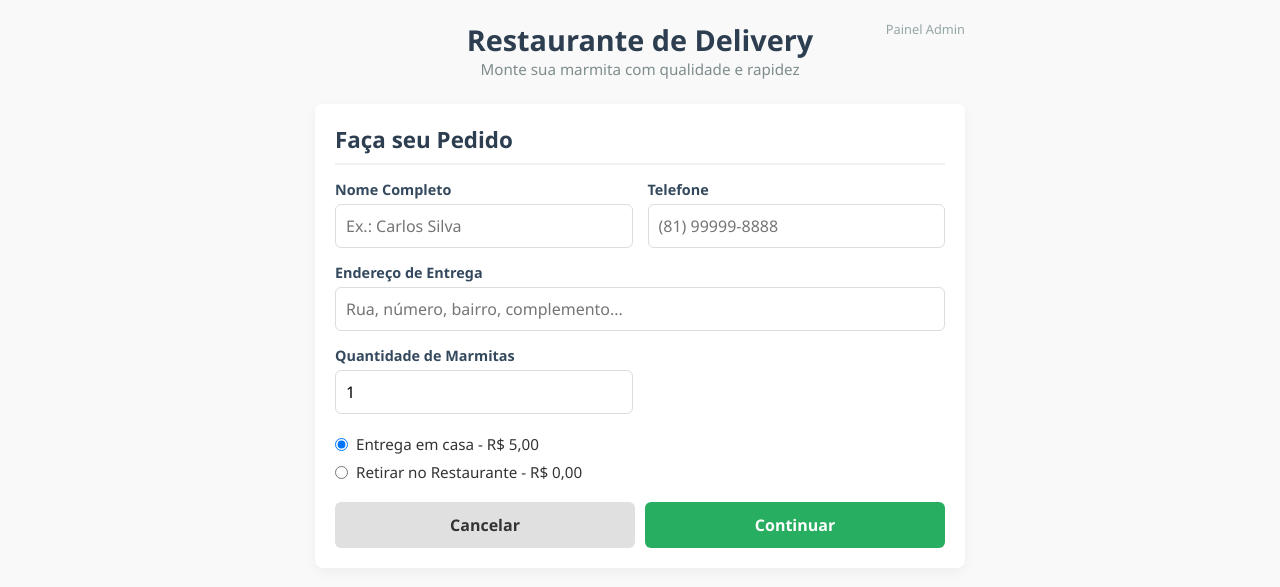
Repository: JeffRodFer/sd-copy-01-frontend
Page: public/index.html
These files come from the project's save history. The page is drawn as it stood at one moment and after a run of saves; the edit follows.
The browser window is 1280 px wide. The pictures show the whole page.
The page's requests for data from a server got no answer.

Above is the page before, as saved 2026-10-30 00:49:55.

### public/index.html
<!DOCTYPE html>
<html lang="pt-BR">
<head>
  <meta charset="UTF-8">
  <meta name="viewport" content="width=device-width, initial-scale=1.0">
  <title>Sistema de Delivery</title>
  <link rel="stylesheet" href="style.css">
</head>
<body>

  <div class="container">
    <header>
      <h1>Restaurante de Delivery</h1>
      <p>Monte sua marmita com qualidade e rapidez</p>
      <button class="btn-admin-link" onclick="abrirPainelAdmin()">Painel Admin</button>
    </header>

    <!-- PASSO 1: DADOS INICIAIS -->
    <div id="orderStep1" class="step active">
      <div class="card">
        <h2>Faça seu Pedido</h2>

        <div id="orderError1" class="error-msg" style="display: none;"></div>

        <div class="form-grid">
          <div class="field">
            <label>Nome Completo</label>
            <input id="customerName" autocomplete="name" placeholder="Ex.: Carlos Silva">
          </div>

          <div class="field">
            <label>Telefone</label>
            <input id="customerPhone" inputmode="tel" autocomplete="tel" maxlength="15" placeholder="(81) 99999-8888">
          </div>

          <div class="field full">
            <label>Endereço de Entrega</label>
            <input id="customerAddress" autocomplete="street-address" placeholder="Rua, número, bairro, complemento...">
          </div>

          <div class="field">
            <label>Quantidade de Marmitas</label>
            <input id="mealCount" type="number" min="1" max="20" value="1">
          </div>
        </div>

        <div class="delivery">
          <label>
            <input type="radio" name="delivery" value="true" checked> Entrega em casa - R$ 5,00
          </label>
          <label>
            <input type="radio" name="delivery" value="false"> Retirar no Restaurante - R$ 0,00
          </label>
        </div>

        <div class="actions">
          <button class="btn gray" id="closeOrder1" onclick="location.reload()">Cancelar</button>
          <button class="btn green" id="toStep2" onclick="avancarParaPasso2()">Continuar</button>
        </div>
      </div>
    </div>

    <!-- PASSO 2: MONTAGEM DAS MARMITAS -->
    <div id="orderStep2" class="step">
      <div class="card">
        <h2>Monte suas Marmitas</h2>
        <div id="orderError2" class="error-msg" style="display: none;"></div>

        <div id="marmitasContainer"></div>

        <div class="actions">
          <button class="btn gray" onclick="setStep(1)">Voltar</button>
          <button class="btn green" onclick="goToStep3()">Avançar para Resumo</button>
        </div>
      </div>
    </div>

    <!-- PASSO 3: RESUMO E ENVIO -->
    <div id="orderStep3" class="step">
      <div class="card">
        <h2>Resumo do Pedido</h2>
        <div class="summary-box">
          <pre id="orderSummaryText" style="white-space: pre-wrap; font-family: inherit;"></pre>
        </div>
        <h3 id="finalTotalText" style="margin: 15px 0; color: var(--primary);"></h3>

        <div class="actions">
          <button class="btn gray" onclick="setStep(2)">Voltar</button>
          <button class="btn green" onclick="sendToWhatsApp()">Enviar para o WhatsApp</button>
        </div>
      </div>
    </div>

    <!-- PAINEL ADMINISTRATIVO -->
    <div id="step-admin" class="step">
      <div class="card">
        <h2>Painel Administrativo</h2>
        <div id="adminMsg" class="success-msg" style="display: none; color: green; margin-bottom: 10px;"></div>

        <div style="overflow-x: auto;">
          <table class="admin-table">
            <thead>
              <tr>
                <th>ID</th>
                <th>Nome</th>
                <th>Categoria</th>
                <th>Preço (R$)</th>
                <th>Estoque</th>
                <th>Disponível</th>
              </tr>
            </thead>
            <tbody id="adminTableBody"></tbody>
          </table>
        </div>

        <div class="actions" style="margin-top: 20px;">
          <button class="btn gray" onclick="setStep(1)">Sair do Admin</button>
          <button class="btn green" onclick="salvarAlteracoesAdmin()">Salvar Alterações</button>
          <button class="btn" style="background: #d9534f; color: white;" onclick="fazerEstornoAdmin()">Estornar / Devolver Estoque</button>
        </div>
      </div>
    </div>

  </div>

  <script src="script.js"></script>
</body>
</html>

### public/style.css
:root {
  --primary: #27ae60;
  --primary-dark: #219653;
  --gray-bg: #f9f9f9;
  --border-color: #ddd;
  --text-color: #333;
}

* {
  box-sizing: border-box;
  margin: 0;
  padding: 0;
  font-family: 'Segoe UI', Tahoma, Geneva, Verdana, sans-serif;
}

body {
  background-color: var(--gray-bg);
  color: var(--text-color);
  padding: 20px;
  display: flex;
  justify-content: center;
}

.container {
  width: 100%;
  max-width: 650px;
}

header {
  text-align: center;
  margin-bottom: 25px;
  position: relative;
}

header h1 {
  font-size: 1.8rem;
  color: #2c3e50;
}

header p {
  color: #7f8c8d;
  font-size: 0.95rem;
}

.btn-admin-link {
  position: absolute;
  top: 0;
  right: 0;
  background: none;
  border: none;
  color: #95a5a6;
  font-size: 0.8rem;
  cursor: pointer;
}

.btn-admin-link:hover {
  color: var(--primary);
}

.step {
  display: none;
}

.step.active {
  display: block;
}

.card {
  background: #ffffff;
  border-radius: 8px;
  padding: 20px;
  box-shadow: 0 4px 12px rgba(0,0,0,0.05);
  margin-bottom: 20px;
}

.card h2 {
  font-size: 1.4rem;
  margin-bottom: 15px;
  color: #2c3e50;
  border-bottom: 2px solid #f1f1f1;
  padding-bottom: 8px;
}

.form-grid {
  display: grid;
  grid-template-columns: 1fr 1fr;
  gap: 15px;
}

.field {
  display: flex;
  flex-direction: column;
}

.field.full {
  grid-column: 1 / -1;
}

.field label {
  font-size: 0.9rem;
  font-weight: 600;
  margin-bottom: 5px;
  color: #34495e;
}

.field input, .field textarea, .field select {
  padding: 10px;
  border: 1px solid var(--border-color);
  border-radius: 6px;
  font-size: 1rem;
  outline: none;
  transition: border-color 0.2s;
}

.field input:focus, .field textarea:focus {
  border-color: var(--primary);
}

.delivery {
  margin: 20px 0;
  display: flex;
  flex-direction: column;
  gap: 8px;
}

.delivery label {
  font-size: 0.95rem;
  cursor: pointer;
  display: flex;
  align-items: center;
  gap: 8px;
}

.actions {
  display: flex;
  gap: 10px;
  margin-top: 20px;
}

.btn {
  flex: 1;
  padding: 12px;
  border: none;
  border-radius: 6px;
  font-size: 1rem;
  font-weight: bold;
  cursor: pointer;
  text-align: center;
  transition: background 0.2s;
}

.btn.green {
  background: var(--primary);
  color: white;
}

.btn.green:hover {
  background: var(--primary-dark);
}

.btn.gray {
  background: #e0e0e0;
  color: #333;
}

.btn.gray:hover {
  background: #d0d0d0;
}

.error-msg {
  background: #fde8e8;
  color: #c0392b;
  padding: 10px;
  border-radius: 6px;
  font-size: 0.9rem;
  margin-bottom: 15px;
}

.items-grid {
  display: grid;
  grid-template-columns: repeat(auto-fill, minmax(140px, 1fr));
  gap: 10px;
  margin-top: 8px;
}

.item-box {
  border: 1px solid var(--border-color);
  border-radius: 6px;
  padding: 10px;
  display: flex;
  justify-content: space-between;
  align-items: center;
  cursor: pointer;
  font-size: 0.9rem;
  background: #fafafa;
}

.item-box.esgotado {
  opacity: 0.5;
  background: #eee;
  cursor: not-allowed;
}

.summary-box {
  background: #fdfdfd;
  border: 1px solid #eee;
  border-radius: 6px;
  padding: 15px;
  font-size: 0.95rem;
}

.admin-table {
  width: 100%;
  border-collapse: collapse;
  font-size: 0.9rem;
}

.admin-table th, .admin-table td {
  border: 1px solid #ddd;
  padding: 8px;
  text-align: left;
}

.admin-table th {
  background-color: #f2f2f2;
}

.admin-table input[type="number"] {
  width: 70px;
  padding: 4px;
}

### public/script.js
let menuData = [];
let orderState = {
  nome: '',
  telefone: '',
  entrega: 'delivery',
  address: '',
  marmitas: []
};
let calculatedOrderResult = null;

// ⚠️ ALTERE AQUI para a URL do backend deste novo cliente na Vercel
const BACKEND_URL = 'https://sd-copy-01-backend.vercel.app';

async function loadMenu() {
  try {
    const response = await fetch(`${BACKEND_URL}/api/cardapio`);
    const data = await response.json();
    menuData = data;
    console.log("Cardápio carregado com sucesso:", menuData);
  } catch (err) {
    console.error("Erro ao carregar cardápio:", err);
    alert("Não foi possível carregar o cardápio do servidor.");
  }
}

loadMenu();

function setStep(step) {
  document.querySelectorAll('.step').forEach(el => el.classList.remove('active'));

  if (step === 'admin') {
    document.getElementById('step-admin').classList.add('active');
    renderAdminTable();
  } else {
    document.getElementById(`orderStep${step}`)?.classList.add('active') ||
    document.getElementById(`step${step}`)?.classList.add('active');
  }
  window.scrollTo(0, 0);
}

function avancarParaPasso2() {
  const nome = document.getElementById('customerName').value.trim();
  const telefone = document.getElementById('customerPhone').value.trim();
  const endereco = document.getElementById('customerAddress').value.trim();
  const qtdMarmitas = parseInt(document.getElementById('mealCount').value) || 1;

  const entregaRadio = document.querySelector('input[name="delivery"]:checked');
  const isDelivery = entregaRadio ? entregaRadio.value === 'true' : true;

  const errorDiv = document.getElementById('orderError1');

  if (!nome || !telefone || (isDelivery && !endereco)) {
    if (errorDiv) {
      errorDiv.textContent = 'Por favor, preencha todos os campos obrigatórios (Nome, Telefone e Endereço).';
      errorDiv.style.display = 'block';
    }
    return;
  }

  if (errorDiv) {
    errorDiv.style.display = 'none';
  }

  orderState.nome = nome;
  orderState.telefone = telefone;
  orderState.entrega = isDelivery ? 'delivery' : 'retirada';
  orderState.address = endereco;

  orderState.marmitas = Array.from({ length: qtdMarmitas }, () => ({
    guarnicoes: [],
    proteinas: [],
    observacao: ''
  }));

  renderMarmitas();
  setStep(2);
}

function available(categorias) {
  if (!menuData || !Array.isArray(menuData)) return [];
  return menuData.filter(i => categorias.includes(i.categoria));
}

function money(val) {
  return Number(val).toLocaleString('pt-BR', { style: 'currency', currency: 'BRL' });
}

function esc(str) {
  return String(str).replace(/</g, '&lt;').replace(/>/g, '&gt;');
}

function renderMarmitas() {
  const container = document.getElementById('marmitasContainer');
  if (!container) return;
  const basePrice = 20;

  container.innerHTML = orderState.marmitas.map((m, i) => `
    <div class="card" style="border: 1px dashed var(--primary); background: #fffdfa; margin-bottom: 20px; padding: 15px;">
      <h3>Marmita ${String(i + 1).padStart(2, '0')} — Base ${money(basePrice)}</h3>

      <div class="section-title" style="font-size: 1.1rem; margin-top: 15px;">Guarnições <span style="font-size:0.8rem; color:#666">(máx. 4)</span></div>
      <div class="items-grid">
        ${available(['Guarnições']).map(x => {
          const esgotado = !x.disponivel || x.estoque <= 0;
          return `
            <label class="item-box ${esgotado ? 'esgotado' : ''}">
              <span>${esc(x.nome)}</span>
              <input type="checkbox" data-kind="g" data-index="${i}" data-id="${x.id}" ${esgotado ? 'disabled' : ''} ${m.guarnicoes.includes(x.id) ? 'checked' : ''}>
            </label>
          `;
        }).join('')}
      </div>

      <div class="section-title" style="font-size: 1.1rem; margin-top: 15px;">Proteínas <span style="font-size:0.8rem; color:#666">(escolha 1 ou 2)</span></div>
      <div class="items-grid">
        ${available(['Proteínas']).map(x => {
          const esgotado = !x.disponivel || x.estoque <= 0;
          return `
            <label class="item-box protein ${esgotado ? 'esgotado' : ''}">
              <span>${esc(x.nome)}</span>
              <input type="checkbox" data-kind="p" data-index="${i}" data-id="${x.id}" ${esgotado ? 'disabled' : ''} ${m.proteinas.includes(x.id) ? 'checked' : ''}>
            </label>
          `;
        }).join('')}
      </div>

      <div class="field" style="margin-top: 15px;">
        <label>Observação <span style="font-size:0.8rem; color:#666">(máx. 90 caracteres)</span></label>
        <textarea maxlength="90" data-obs="${i}" placeholder="Ex.: Sem cebola." style="width:100%; padding:8px;">${m.observacao}</textarea>
      </div>
    </div>
  `).join('');
}

function syncFormToState() {
  orderState.marmitas.forEach(m => {
    m.guarnicoes = [];
    m.proteinas = [];
  });

  document.querySelectorAll('#marmitasContainer input[data-kind]:checked').forEach(el => {
    const i = Number(el.dataset.index);
    const key = el.dataset.kind === 'g' ? 'guarnicoes' : 'proteinas';
    orderState.marmitas[i][key].push(Number(el.dataset.id));
  });

  document.querySelectorAll('#marmitasContainer textarea[data-obs]').forEach(el => {
    const i = Number(el.dataset.obs);
    if (orderState.marmitas[i]) {
      orderState.marmitas[i].observacao = el.value;
    }
  });
}

async function goToStep3() {
  syncFormToState();
  const errEl = document.getElementById('orderError2');
  if (errEl) errEl.style.display = 'none';

  const invalid = orderState.marmitas.findIndex(m => m.proteinas.length < 1 || m.proteinas.length > 2 || m.guarnicoes.length > 4);
  if (invalid >= 0) {
    if (errEl) {
      errEl.textContent = `Marmita ${invalid + 1}: escolha 1 ou 2 proteínas e no máximo 4 guarnições.`;
      errEl.style.display = 'block';
    }
    return;
  }

  let itensCarrinhoMap = {};
  orderState.marmitas.forEach(m => {
    m.proteinas.forEach(id => { itensCarrinhoMap[id] = (itensCarrinhoMap[id] || 0) + 1; });
    m.guarnicoes.forEach(id => { itensCarrinhoMap[id] = (itensCarrinhoMap[id] || 0) + 1; });
  });

  const itensCarrinho = Object.entries(itensCarrinhoMap).map(([id, quantidade]) => ({
    id: Number(id),
    quantidade
  }));

  try {
    const responseVenda = await fetch(`${BACKEND_URL}/api/registrar-venda`, {
      method: 'POST',
      headers: { 'Content-Type': 'application/json' },
      body: JSON.stringify({ itensCarrinho })
    });

    const dataVenda = await responseVenda.json();
    if (!responseVenda.ok) {
      throw new Error(dataVenda.erro || 'Estoque insuficiente para concluir o pedido.');
    }

    let totalMarmitas = orderState.marmitas.length * 20;
    let taxaEntrega = orderState.entrega === 'delivery' ? 5 : 0;
    let totalGeral = totalMarmitas + taxaEntrega;

    const nomeItem = id => {
      const it = menuData.find(x => x.id === id);
      return it ? it.nome : `Item #${id}`;
    };

    let resumoMensagem = `*Novo Pedido - Novo Restaurante*\n\n`;
    resumoMensagem += `*Cliente:* ${orderState.nome}\n*Telefone:* ${orderState.telefone}\n`;
    if (orderState.entrega === 'delivery') {
      resumoMensagem += `*Endereço:* ${orderState.address}\n\n`;
    } else {
      resumoMensagem += `*Retirada no Local*\n\n`;
    }

    orderState.marmitas.forEach((m, index) => {
      resumoMensagem += `*Marmita ${String(index + 1).padStart(2, '0')}*\n`;
      resumoMensagem += `- Proteínas: ${m.proteinas.map(nomeItem).join(', ')}\n`;
      resumoMensagem += `- Guarnições: ${m.guarnicoes.map(nomeItem).join(', ')}\n`;
      if (m.observacao) resumoMensagem += `- Obs: ${m.observacao}\n`;
      resumoMensagem += `\n`;
    });

    resumoMensagem += `*Taxa de Entrega:* ${money(taxaEntrega)}\n`;
    resumoMensagem += `*Total a Pagar:* R$ ${totalGeral.toFixed(2)}`;

    calculatedOrderResult = { total: totalGeral, mensagem: resumoMensagem };
    document.getElementById('orderSummaryText').textContent = resumoMensagem;
    document.getElementById('finalTotalText').textContent = `Total: ${money(totalGeral)}`;

    setStep(3);
  } catch (err) {
    if (errEl) {
      errEl.textContent = err.message;
      errEl.style.display = 'block';
    }
  }
}

function sendToWhatsApp() {
  if (!calculatedOrderResult) return;
  // ⚠️ ALTERE AQUI o WhatsApp do novo estabelecimento (DDI + DDD + Número)
  const phone = '5581920036280';
  const text = encodeURIComponent(calculatedOrderResult.mensagem);
  window.open(`https://wa.me/${phone}?text=${text}`, '_blank');
}

function abrirPainelAdmin() {
  const senha = prompt("Digite a senha do Administrador:");
  if (!senha) return;

  fetch(`${BACKEND_URL}/admin/login`, {
    method: 'POST',
    headers: { 'Content-Type': 'application/json' },
    body: JSON.stringify({ senha })
  })
  .then(res => res.json())
  .then(data => {
    if (data.autorizado) {
      setStep('admin');
    } else {
      alert("Senha incorreta!");
    }
  })
  .catch(() => alert("Erro ao conectar com o servidor."));
}

async function renderAdminTable() {
  await loadMenu();
  const tbody = document.getElementById('adminTableBody');
  if (!tbody) return;

  tbody.innerHTML = menuData.map(item => `
    <tr>
      <td>${item.id}</td>
      <td>${esc(item.nome)}</td>
      <td>${esc(item.categoria)}</td>
      <td><input type="number" step="0.01" id="adm-preco-${item.id}" value="${item.preco}"></td>
      <td><input type="number" id="adm-estoque-${item.id}" value="${item.estoque}"></td>
      <td><input type="checkbox" id="adm-disp-${item.id}" ${item.disponivel ? 'checked' : ''}></td>
    </tr>
  `).join('');
}

async function salvarAlteracoesAdmin() {
  const produtosAtualizados = menuData.map(item => {
    const preco = parseFloat(document.getElementById(`adm-preco-${item.id}`).value) || 0;
    const estoque = parseInt(document.getElementById(`adm-estoque-${item.id}`).value) || 0;
    const disponivel = document.getElementById(`adm-disp-${item.id}`).checked;
    return { id: item.id, preco, estoque, disponivel };
  });

  try {
    const res = await fetch(`${BACKEND_URL}/admin/atualizar-lote`, {
      method: 'POST',
      headers: { 'Content-Type': 'application/json' },
      body: JSON.stringify({ produtos: produtosAtualizados })
    });
    const data = await res.json();
    if (res.ok) {
      const msg = document.getElementById('adminMsg');
      if (msg) {
        msg.textContent = data.mensagem;
        msg.style.display = 'block';
      }
      loadMenu();
    } else {
      alert(data.erro || "Erro ao salvar.");
    }
  } catch (err) {
    alert("Erro de conexão ao salvar alterações.");
  }
}

async function fazerEstornoAdmin() {
  const id = parseInt(prompt("Digite o ID do produto para estornar:"));
  const qtd = parseInt(prompt("Digite a quantidade a devolver:"));

  if (!id || !qtd || qtd <= 0) return;

  try {
    const res = await fetch(`${BACKEND_URL}/admin/estornar`, {
      method: 'POST',
      headers: { 'Content-Type': 'application/json' },
      body: JSON.stringify({ itensEstorno: [{ id, quantidade: qtd }] })
    });
    const data = await res.json();
    if (res.ok) {
      alert(data.mensagem);
      renderAdminTable();
    } else {
      alert(data.erro || "Erro no estorno.");
    }
  } catch (err) {
    alert("Erro de conexão.");
  }
}

After the next 2 saves:
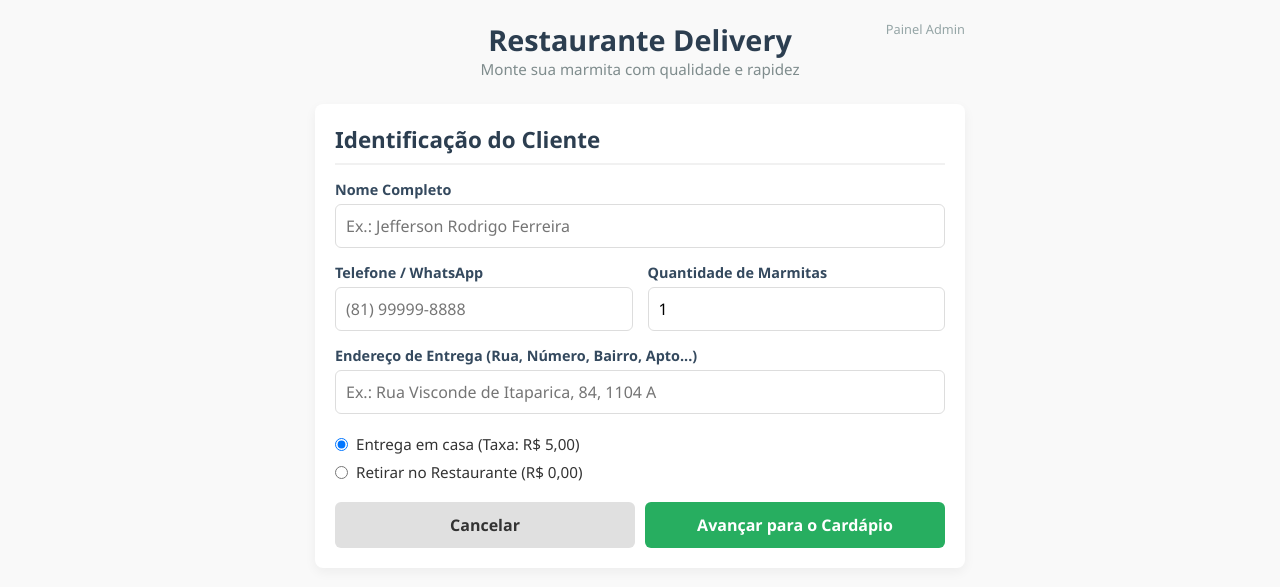
The 2 saves are shown as one change because they came seconds apart.
The last was saved 29 min 45 s later.
--- a/public/index.html
+++ b/public/index.html
@@ -10,7 +10,7 @@
 
   <div class="container">
     <header>
-      <h1>Restaurante de Delivery</h1>
+      <h1>Restaurante Delivery</h1>
       <p>Monte sua marmita com qualidade e rapidez</p>
       <button class="btn-admin-link" onclick="abrirPainelAdmin()">Painel Admin</button>
     </header>
@@ -18,44 +18,43 @@
     <!-- PASSO 1: DADOS INICIAIS -->
     <div id="orderStep1" class="step active">
       <div class="card">
-        <h2>Faça seu Pedido</h2>
-
+        <h2>Identificação do Cliente</h2>
         <div id="orderError1" class="error-msg" style="display: none;"></div>
 
         <div class="form-grid">
-          <div class="field">
+          <div class="field full">
             <label>Nome Completo</label>
-            <input id="customerName" autocomplete="name" placeholder="Ex.: Carlos Silva">
+            <input id="customerName" autocomplete="name" placeholder="Ex.: Jefferson Rodrigo Ferreira">
           </div>
 
           <div class="field">
-            <label>Telefone</label>
+            <label>Telefone / WhatsApp</label>
             <input id="customerPhone" inputmode="tel" autocomplete="tel" maxlength="15" placeholder="(81) 99999-8888">
-          </div>
-
-          <div class="field full">
-            <label>Endereço de Entrega</label>
-            <input id="customerAddress" autocomplete="street-address" placeholder="Rua, número, bairro, complemento...">
           </div>
 
           <div class="field">
             <label>Quantidade de Marmitas</label>
             <input id="mealCount" type="number" min="1" max="20" value="1">
           </div>
+
+          <div class="field full">
+            <label>Endereço de Entrega (Rua, Número, Bairro, Apto...)</label>
+            <input id="customerAddress" autocomplete="street-address" placeholder="Ex.: Rua Visconde de Itaparica, 84, 1104 A">
+          </div>
         </div>
 
-        <div class="delivery">
+        <div class="delivery" style="margin-top: 20px;">
           <label>
-            <input type="radio" name="delivery" value="true" checked> Entrega em casa - R$ 5,00
+            <input type="radio" name="delivery" value="true" checked> Entrega em casa (Taxa: R$ 5,00)
           </label>
           <label>
-            <input type="radio" name="delivery" value="false"> Retirar no Restaurante - R$ 0,00
+            <input type="radio" name="delivery" value="false"> Retirar no Restaurante (R$ 0,00)
           </label>
         </div>
 
         <div class="actions">
-          <button class="btn gray" id="closeOrder1" onclick="location.reload()">Cancelar</button>
-          <button class="btn green" id="toStep2" onclick="avancarParaPasso2()">Continuar</button>
+          <button class="btn gray" onclick="location.reload()">Cancelar</button>
+          <button class="btn green" onclick="avancarParaPasso2()">Avançar para o Cardápio</button>
         </div>
       </div>
     </div>
@@ -82,11 +81,10 @@
         <div class="summary-box">
           <pre id="orderSummaryText" style="white-space: pre-wrap; font-family: inherit;"></pre>
         </div>
-        <h3 id="finalTotalText" style="margin: 15px 0; color: var(--primary);"></h3>
 
-        <div class="actions">
+        <div class="actions" style="margin-top: 20px;">
           <button class="btn gray" onclick="setStep(2)">Voltar</button>
-          <button class="btn green" onclick="sendToWhatsApp()">Enviar para o WhatsApp</button>
+          <button class="btn green" onclick="sendToWhatsApp()">Enviar Pedido para o WhatsApp</button>
         </div>
       </div>
     </div>
